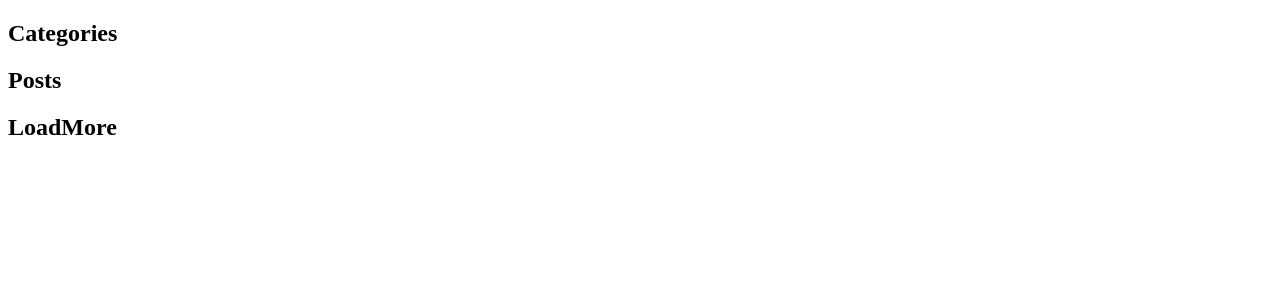
Repository: davedeguia/grafbase_flexibble
Page: /
An editor plug-in stored every save of this project. The page is shown before and after the next save, followed by the edit.
The browser window is 1280 px wide. The pictures show the whole page.
The project was rebuilt for these pictures with package versions that can differ from the ones it lists, and the page was loaded fresh each time. The framework's server and built-in components were replaced by stand-ins that run in the browser. Also part of the build but not shown: next.config.js.

Above is the page before, as saved 2023-07-15 06:48:25.

After the next save:
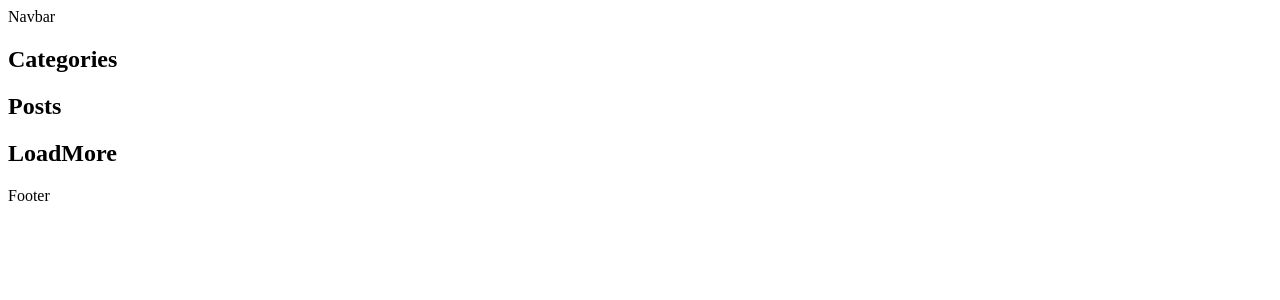
Saved 80 s later.
--- a/app/layout.tsx
+++ b/app/layout.tsx
@@ -10,7 +10,11 @@
 }) {
   return (
     <html lang='en'>
-      <body>{children}</body>
+      <body>
+        Navbar
+        <main>{children}</main>
+        Footer
+      </body>
     </html>
   )
 }
